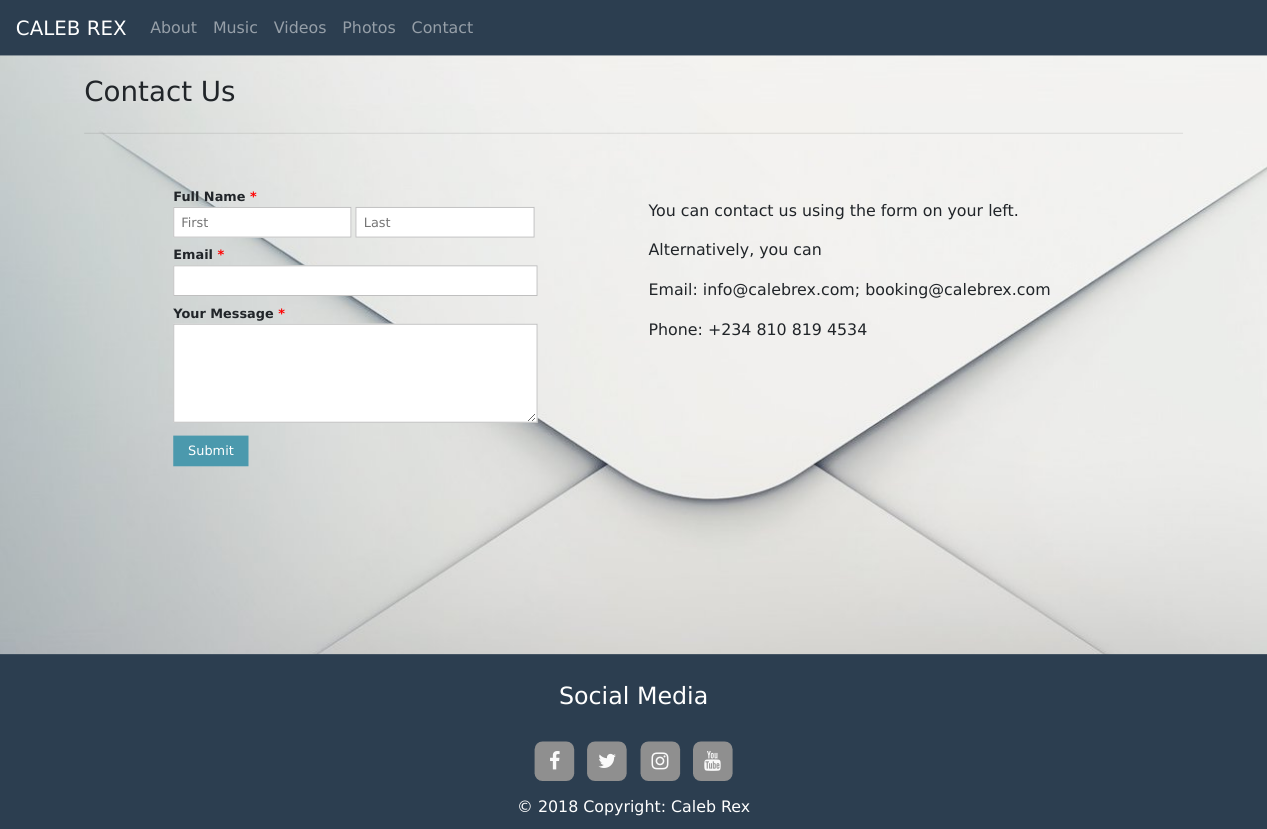
Repository: IchaTreasure/caleb-rex
Page: contact.html
The author's editor kept a record of every edit. The page is drawn from the files as they stood at one moment, then again after the next edit.
The browser window is 1280 px wide. The pictures show the whole page, at 99% of full size.
Some web libraries are served in a nearby version.

Above is the page before.

After the next edit:
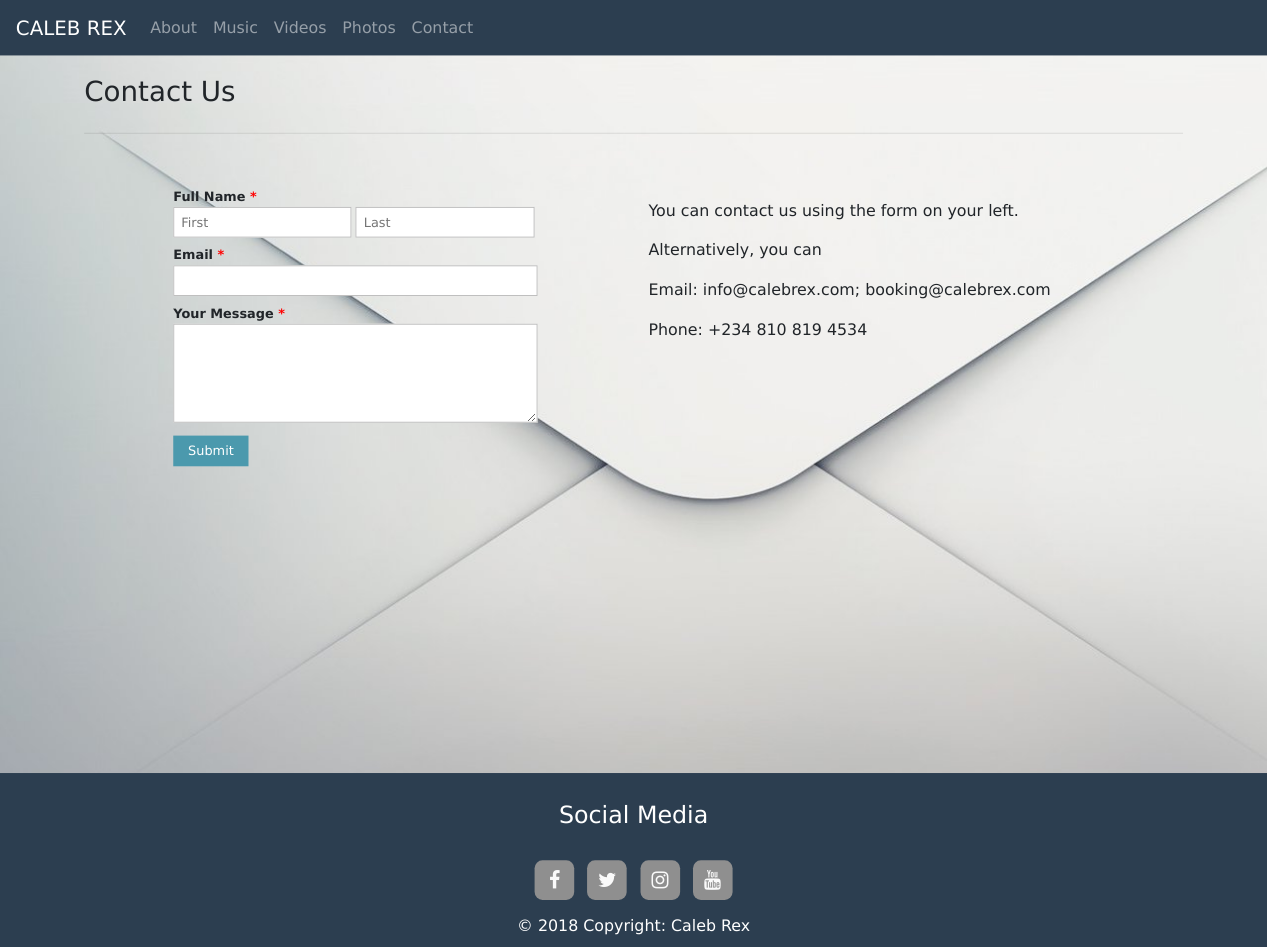
The edit:
--- a/contact.html
+++ b/contact.html
@@ -75,7 +75,7 @@
                         </ul>
                     </form>
                 </div>
-                <div class="col-md-6" style="padding-top: 50px; padding-bottom: 300px;">
+                <div class="col-md-6" style="padding-top: 50px; padding-bottom: 420px;">
                     <p>
                         You can contact us using the form on your left.
                     </p>
